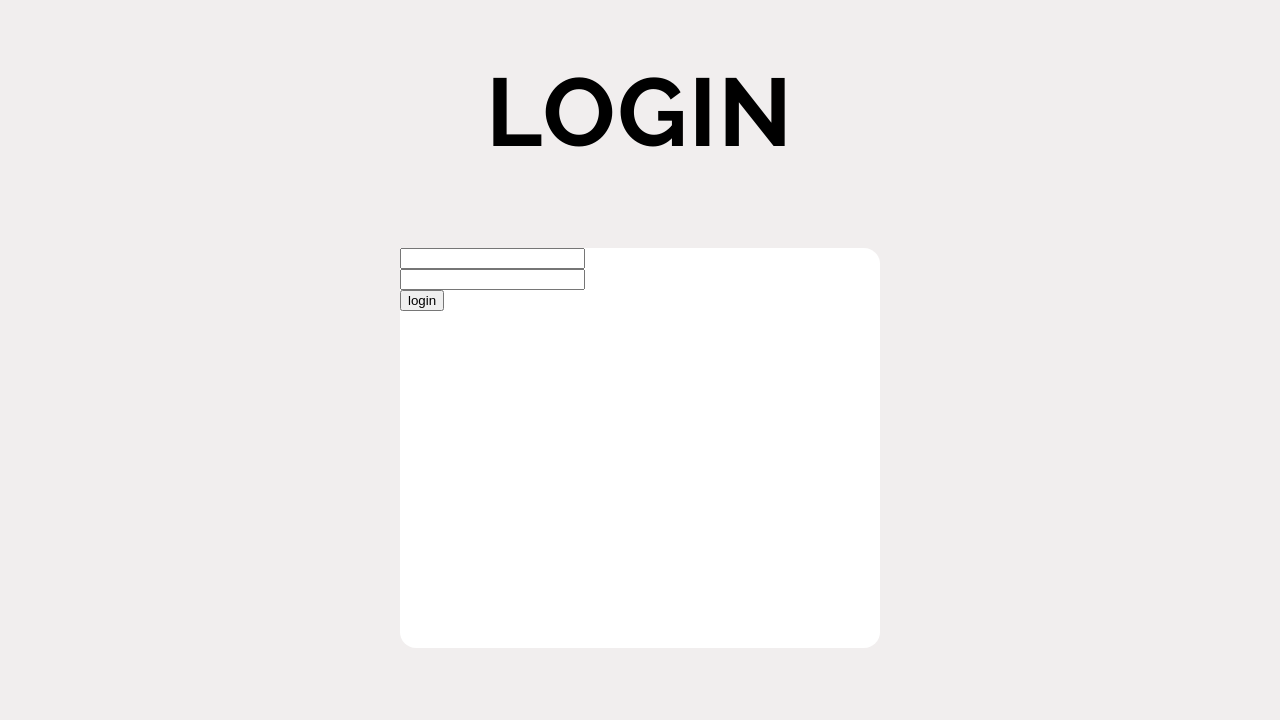
Repository: rehamtaher10/thirdReactTask
Page: /
The author's editor kept a copy of each file at every save. The page is drawn from the files as they stood at one save, then again after a run of saves.
The browser window is 1280 px wide. The pictures show the whole page.
The project was rebuilt for these pictures with package versions that can differ from the ones it lists, and the page was loaded fresh each time. Also part of the build but not shown: vite.config.js, src/components/HomePage/Home.jsx, src/style/navBar.css, src/components/Navbar.jsx, src/components/Layout/Layout.jsx, src/components/AboutPage/About.jsx, src/style/contactUs.css, src/components/ContactUsPage/ContactUs.jsx and 2 more.

Above is the page before, as saved 2024-12-01 23:05:53.

### src/App.jsx
import React from "react";
import Home from "./components/HomePage/Home";
import { createBrowserRouter, RouterProvider } from "react-router-dom";
import Layout from "./components/Layout/Layout";
import About from "./components/AboutPage/About";
import ContactUs from "./components/ContactUsPage/ContactUs";
import Service from "./components/ServicePage/Service";
import LoginPage from "./components/loginPage/LoginPage"

export default function App() {
  const Routing = createBrowserRouter([
    { path: "", element: <LoginPage /> },
    {
      path: "home",
      element: <Layout />,
      // errorElement: <h1>404 Not Found</h1>,
      children: [
        { path: "", element: <Home /> },
        { path: "about", element: <About /> },
        { path: "service", element: <Service /> },
        {
          path: "contact",
          element: <ContactUs />,
          children: [
            { index: true, element: <h1>Contact us Form</h1> },
            { path: "location", element: <h1>Contact us Location</h1> },
            { path: "emails", element: <h1>Contact us Emails</h1> },
            { path: "phone-number", element: <h1>Phone Number</h1> },
          ],
        },
        { path: "*", element: <section>Not Found Page</section> },
      ],
    },
  ]);
  return <RouterProvider router={Routing} />;
}

### src/components/loginPage/LoginPage.jsx
import { Form, Formik } from "formik";
import React from "react";
import { useNavigate } from "react-router-dom";
import * as Yup from "yup";
import WrapperInput from "../wrapperInput/WrapperInput";
import "../../style/loginPage.css";
export default function LoginPage() {
  const navigate = useNavigate();

  const validationSchema = Yup.object({
    email: Yup.string()
      .email("Must Be Like E-mail Format")
      .required("E-mail is Requird"),
    password: Yup.string().min(7).max(15).required("Password is Requird"),
  });
  const initialValues = {
    email: "",
    password: "",
  };
  const onSubmit = (values) => {
    console.log(values);
    navigate("/home");
  };

  return (
    <div className="loginComponent">
      <h1>Login</h1>
      <Formik
        initialValues={initialValues}
        onSubmit={onSubmit}
        validationSchema={validationSchema}
      >
        <Form>
          <WrapperInput name={"email"} isDefault />
          <WrapperInput name={"password"} isPassword />
          <button type="submit">login</button>
        </Form>
      </Formik>
    </div>
  );
}

### src/components/wrapperInput/WrapperInput.jsx
import { ErrorMessage, Field } from "formik";
import React from "react";
import ErrorMessageField from "./ErrorMessageField";

export default function WrapperInput({ name, placeholder ,isDefault ,isPassword}) {
    return (
        <div className="wrapper_input">
            {isDefault && <Field name={name} placeholder={placeholder} />}
            {isPassword && (
                <Field name={name} placeholder={placeholder}>
                    {({ field }) => <input type="password" {...field} />}
                </Field>
            )}
            <ErrorMessage name={name} component={ErrorMessageField} />
        </div>
    );
}


// React Basics (Folder Structure - Components - Props - State)
// Style (External - Sass + Bem - Bootrstrap  - MUI)
// Hooks (UseState - UseEffect - UseContext - UseRef)
// Routes (React Router Dom)
// Formik + Yup
// State Management (React Query + Redux)

### src/style/loginPage.css
@import url('https://fonts.googleapis.com/css2?family=Raleway:ital,wght@0,100..900;1,100..900&display=swap');

body {
  background-color: rgb(241, 238, 238);
}
.loginComponent {
  display: flex;
  flex-direction: column;
  justify-content: center;
  align-items: center;
  gap: 2rem;
}
.loginComponent h1 {
  font-family: "Raleway", sans-serif;
  font-size: 6rem;
  text-transform: uppercase;
  letter-spacing: 2px;
  margin-block: 3rem;
}
.loginComponent form{
    background-color: white;
    width: 30rem;
    height: 25rem;
    border-radius: 1rem;

}

Loaded but not shown: index.html (common file); src/main.jsx (common file)

After the next 3 saves:
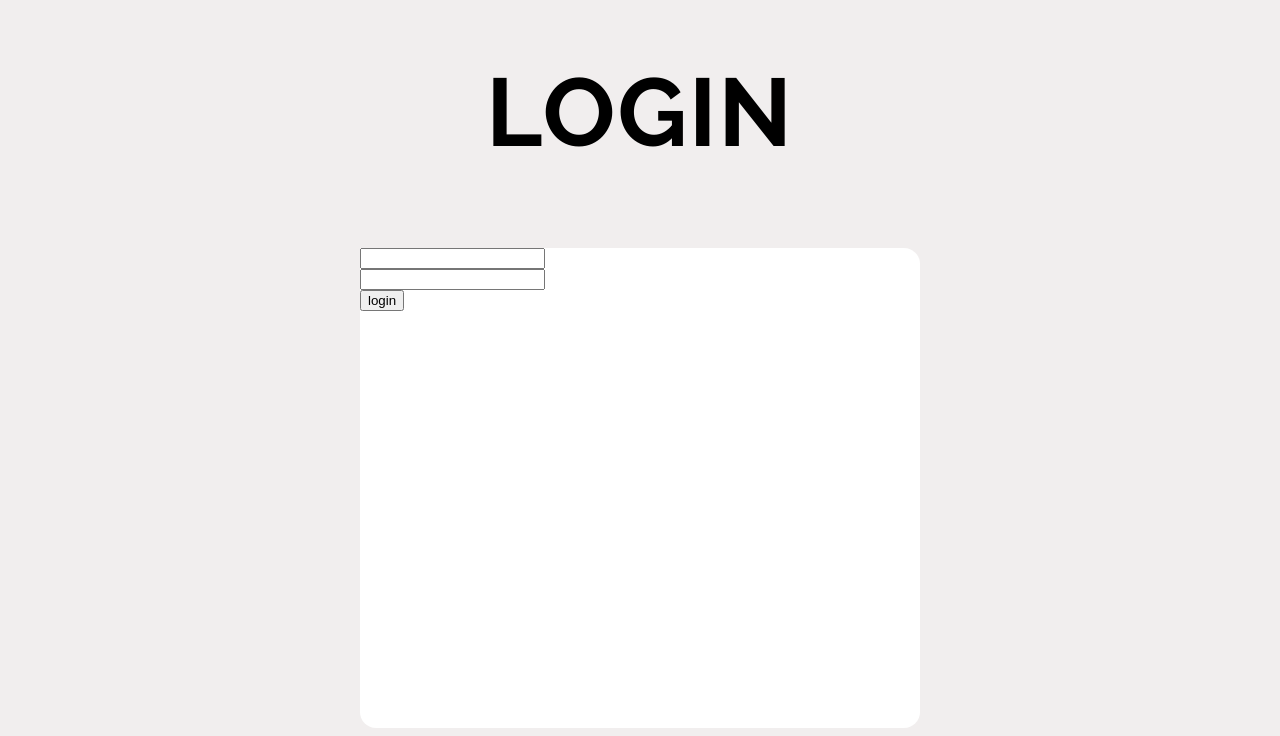
The 3 saves are shown as one change because they came seconds apart.
The last was saved 25 s later.
--- a/src/style/loginPage.css
+++ b/src/style/loginPage.css
@@ -19,8 +19,8 @@
 }
 .loginComponent form{
     background-color: white;
-    width: 30rem;
-    height: 25rem;
+    width: 35rem;
+    height: 30rem;
     border-radius: 1rem;
 
 }

After the save that followed:
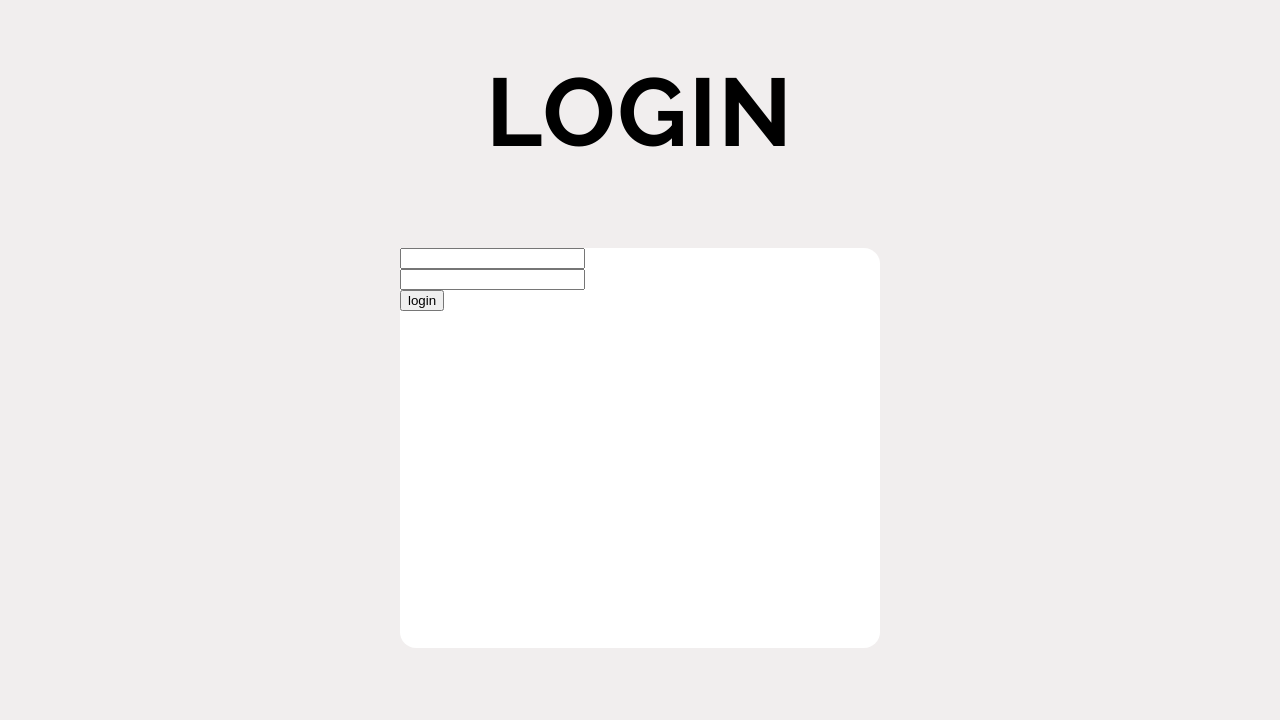
Saved 11 s later.
--- a/src/style/loginPage.css
+++ b/src/style/loginPage.css
@@ -19,8 +19,8 @@
 }
 .loginComponent form{
     background-color: white;
-    width: 35rem;
-    height: 30rem;
+    width: 30rem;
+    height: 25rem;
     border-radius: 1rem;
 
 }
